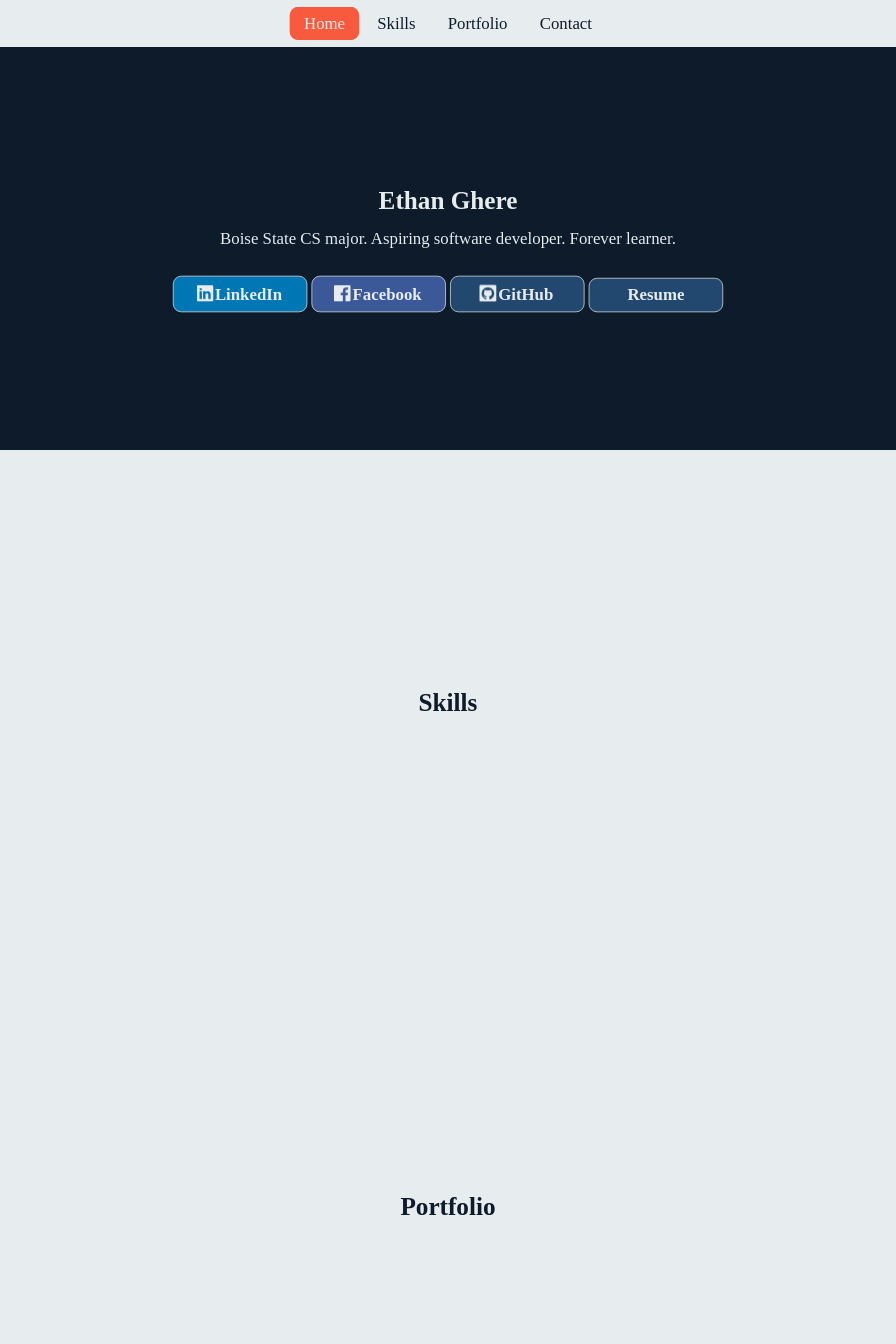
Repository: eghere-bsu/ethanghere-website
Page: http://localhost/php/index.php
An editor plug-in stored every save of this project. The page is shown before and after the next save, followed by the edit.
The browser window is 1280 px wide. The pictures show the part of the page from y = 0 to 1920 px (the page is 2875 px tall before and 2929 px after), at 70% of full size.
Some web fonts or font styles are not loaded; a fallback is used. The page is run by PHP 8.4 with error messages shown; the project is at /var/www/html/.

Above is the page before, as saved 2023-11-27 16:15:00.

### php/index.php
<?php
session_start();
ini_set('display_errors', 1);
error_reporting(E_ALL);

if (isset($_GET['action']) && $_GET['action'] === 'logout') {
  unset($_SESSION['auth']);
  unset($_SESSION['username']);
  unset($_SESSION['powerlvl']);
}
$loggedIn = isset($_SESSION['auth']) && $_SESSION['auth'] === true;
$loginText = $loggedIn ? 'Log Out' : 'Log In';
$loginHref = $loggedIn ? 'login_handler.php?action=logout' : '#login';
?>

<!DOCTYPE html>
<html lang="en">

<head>
  <meta charset="UTF-8">
  <title>Ethan Ghere</title>
  <link rel="stylesheet" href="../css/style.css">
  <link rel="icon" type="image/x-icon" href="../favicon.ico">
</head>

<nav>
  <div class="container">
    <ul>
      <li class="home active">
        <a href="#home" class="navlink">Home</a>
      </li>
      <li class="skills">
        <a href="#skills" class="navlink">Skills</a>
      </li>
      <li class="portfolio">
        <a href="#portfolio" class="navlink">Portfolio</a>
      </li>
      <li class="contact">
        <a href="#contact" class="navlink">Contact</a>
      </li>
    </ul>
  </div>
</nav>

<body>
  <!-- Home -->
  <section id="home">
    <h1>Ethan Ghere</h1>
    <p>Boise State CS major. Aspiring software developer. Forever learner.</p>
    <span>
      <a href="https://www.linkedin.com/in/ethan-ghere-08532a23a" class="button linkedin"><img
          src="../svg/icons8-linkedin.svg">LinkedIn</a>
      <a href="https://www.facebook.com/profile.php?id=100085450836702" class="button facebook"><img
          src="../svg/icons8-facebook-24.svg">Facebook</a>
      <a href="https://github.com/eghere-bsu" class="button"><img src="../svg/icons8-github-24.png">GitHub</a>
      <a href="../assets/resume.pdf" class="button">Resume</a>
    </span>
  </section>
  <!-- Skills -->
  <section id="skills">
    <h1>Skills</h1>
  </section>
  <!-- Portfolio -->
  <section id="portfolio">
    <h1>Portfolio</h1>
  </section>
  <!-- Contact -->
  <section id="contact">
    <h1>Contact</h1>
  </section>
  <!-- Footer -->
  <section id="footer">
    <span>
      <p>Ethan Ghere 2023.
        <?php
        if (isset($_SESSION['auth']) && $_SESSION['auth'] === true) {
          if (isset($_SESSION['username'])) {
            echo 'Logged in as ' . $_SESSION['username'];
          } else {
            echo 'Username not found.';
          }
        } else {
          echo 'Not logged in.';
        }
        ?>
        <a href="<?php echo $loginHref ?>" class="button login-modal">
          <?php echo $loginText ?>
        </a>
      </p>
    </span>
  </section>
  <div class="modal" id="login-signup-modal">
    <div class="modal-content">
      <button class="modal-close" onclick="closeModal()">X</button>
      <span class="container">
        <ul>
          <li class="login">
            <a href="#login" class="navlink">Log In</a>
          </li>
          <li class="signup">
            <a href="#signup" class="navlink">Sign Up</a>
          </li>
        </ul>
      </span>
      <span>
        <?php
        if (isset($_SESSION['message'])) {
          echo htmlspecialchars($_SESSION['message'], ENT_QUOTES, 'UTF-8');
          unset($_SESSION['message']);
        }
        ?>
      </span>
      <form method="post" action="login_handler.php" id="login-form">
        <input placeholder="Username: " type="username" id="username" name="username" required>
        <input placeholder="Password: " type="password" id="password" name="password" required>
        <button type="submit" class="button">Log In</button>
      </form>
      <form method="post" action="signup_handler.php" id="signup-form">
        <input placeholder="Username: " type="username" id="username" name="username" required>
        <input placeholder="Password: " type="password" id="password" name="password" required>
        <input placeholder="Confirm password: " type="password" id="pwconfirm" name="pwconfirm" required>
        <button type="submit" class="button">Sign Up</button>
      </form>
      <div class="modal-body"></div>
    </div>
  </div>
  <script src="https://code.jquery.com/jquery-3.7.1.min.js"></script>
  <script src="../js/login.js"></script>
  <script src="../js/scroll.js"></script>
</body>

### css/style.css
@import url("https://fonts.googleapis.com/css2?family=Roboto+Mono&display=swap");

* {
  padding: 0;
  margin: 0;
  box-sizing: border-box;
}

html {
  font-family: "Roboto Mono";
  font-size: 24px;
  scroll-behavior: smooth;
}

section {
  height: 100vh;
  width: 100%;
  color: #0d1b2a;
  background-color: #e7ecef;
  display: flex;
  flex-direction: column;
  align-items: center;
  justify-content: center;
}

section#home {
  height: 80vh;
  color: #e7ecef;
  background-color: #0d1b2a;
  padding: 30px;

  *:not(:first-child) {
    margin-top: 20px;
  }
}

/* TODO
section#skills {}
*/

/* TODO
section#portfolio {} */

section#footer {
  height: 10vh;
  background-color: #0d1b2a;
  color: #e7ecef;
  font-size: 18px;
}

.button {
  display: inline-block;
  padding: 10px 20px;
  width: 8em;
  text-align: center;
  text-decoration: none;
  font-weight: bold;
  border-radius: 12px;
  border: 1px solid #e7ecef;
  color: #e7ecef;
  background-color: #23486f;
  transition: 0.3s ease background-color;

  img {
    position: relative;
    top: 0.1em;
    right: 0.1em;
  }

  &:hover {
    background-color: #f85a3e;
  }

  &:hover:after {
    transition: 0.3s ease background-color;
  }
}

.button.small {
  font-size: 0.8em;
}

.linkedin {
  background-color: #0077b5;
}

.facebook {
  background-color: #3b5998;
}

/* Navigation */
nav {
  position: sticky;
  top: 0;
  background-color: #e7ecef;
}

.container {
  width: 90%;
  max-width: 1000px;
  min-width: 200px;
  margin: 0 auto;
  text-align: center;
  padding: 10px;

  ul {
    display: inline-block;

    li {
      display: inline-block;

      a {
        display: inline-block;
        text-decoration: none;
        padding: 10px 20px;
        color: #0d1b2a;
        border-radius: 12px;
        transition: 0.3s ease background-color;

        &:hover {
          background-color: rgba(0, 0, 0, 0.25);
        }
      }
    }

    li.active {
      background-color: #f85a3e;
      transition: 0.3s ease background-color;
      border-radius: 12px;

      a {
        color: rgb(231, 236, 239);
      }

      .navlink {
        background-color: #f85a3e;
        transition: 0.3s ease background-color;
        border-radius: 12px;
      }
    }
  }
}


/* Modal */
.modal {
  display: none; /* Hide the modal by default */
  position: fixed;
  top: 0;
  left: 0;
  width: 100%;
  height: 100%;
  background-color: rgba(0, 0, 0, 0.4);
}

.modal-content {
  position: fixed;
  top: 50%;
  left: 50%;
  transform: translate(-50%, -50%);
  width: 40%;
  background-color: #e7ecef;
  color: #0d1b2a;
  padding: 20px;

  form {
    display: flex;
    flex-direction: column;
    align-items: center;
    width: 100%;
  }

  form label {
    margin-bottom: 10px;
  }

  form input {
    width: 100%;
    padding: 10px;
    border: 1px solid #ccc;
    border-radius: 4px;
  }

  form button {
    padding: 10px 20px;
    background-color: #23486f;
    border: none;
    border-radius: 4px;
    cursor: pointer;
    text-decoration: none;
  }

  & > .modal-close {
    position: absolute;
    top: 10px;
    right: 10px;
    width: 2em;
    height: 2em;
    border: none;
    cursor: pointer;
    background-color: #23486f;
    color: #e7ecef;
  }

  & > .container {
    display: flex;
    justify-content: center;

    & > a {
      color: #0d1b2a;
    }
  }
}

.modal-body {
  display: flex;
  flex-direction: column;
  justify-content: center;
}

.form-container {
  max-width: 400px;
  width: 100%;
  margin: 0 auto;
  position: relative;
}

### svg/icons8-linkedin.svg
<svg xmlns="http://www.w3.org/2000/svg" xmlns:xlink="http://www.w3.org/1999/xlink" viewBox="0,0,256,256" width="24px" height="24px"><g transform="translate(-24.32,-24.32) scale(1.19,1.19)"><g fill="#e7ecef" fill-rule="nonzero" stroke="none" stroke-width="1" stroke-linecap="butt" stroke-linejoin="miter" stroke-miterlimit="10" stroke-dasharray="" stroke-dashoffset="0" font-family="none" font-weight="none" font-size="none" text-anchor="none" style="mix-blend-mode: normal"><g transform="scale(5.12,5.12)"><path d="M41,4h-32c-2.76,0 -5,2.24 -5,5v32c0,2.76 2.24,5 5,5h32c2.76,0 5,-2.24 5,-5v-32c0,-2.76 -2.24,-5 -5,-5zM17,20v19h-6v-19zM11,14.47c0,-1.4 1.2,-2.47 3,-2.47c1.8,0 2.93,1.07 3,2.47c0,1.4 -1.12,2.53 -3,2.53c-1.8,0 -3,-1.13 -3,-2.53zM39,39h-6c0,0 0,-9.26 0,-10c0,-2 -1,-4 -3.5,-4.04h-0.08c-2.42,0 -3.42,2.06 -3.42,4.04c0,0.91 0,10 0,10h-6v-19h6v2.56c0,0 1.93,-2.56 5.81,-2.56c3.97,0 7.19,2.73 7.19,8.26z"></path></g></g></g></svg>

### svg/icons8-facebook-24.svg
<svg xmlns="http://www.w3.org/2000/svg" xmlns:xlink="http://www.w3.org/1999/xlink" viewBox="0,0,256,256" width="24px" height="24px"><g transform="translate(-43.52,-43.52) scale(1.34,1.34)"><g fill-opacity="0" fill="#d72020" fill-rule="nonzero" stroke="none" stroke-width="1" stroke-linecap="butt" stroke-linejoin="miter" stroke-miterlimit="10" stroke-dasharray="" stroke-dashoffset="0" font-family="none" font-weight="none" font-size="none" text-anchor="none" style="mix-blend-mode: normal"><path d="M32.47761,223.52239v-191.04478h191.04478v191.04478z" id="bgRectangle"></path></g><g fill="#e7ecef" fill-rule="nonzero" stroke="none" stroke-width="1" stroke-linecap="butt" stroke-linejoin="miter" stroke-miterlimit="10" stroke-dasharray="" stroke-dashoffset="0" font-family="none" font-weight="none" font-size="none" text-anchor="none" style="mix-blend-mode: normal"><g transform="scale(10.66667,10.66667)"><path d="M19,3h-14c-1.105,0 -2,0.895 -2,2v14c0,1.105 0.895,2 2,2h7.621v-6.961h-2.343v-2.725h2.343v-2.005c0,-2.324 1.421,-3.591 3.495,-3.591c0.699,-0.002 1.397,0.034 2.092,0.105v2.43h-1.428c-1.13,0 -1.35,0.534 -1.35,1.322v1.735h2.7l-0.351,2.725h-2.365v6.965h3.586c1.105,0 2,-0.895 2,-2v-14c0,-1.105 -0.895,-2 -2,-2z"></path></g></g></g></svg>

### js/login.js
$(document).ready(function () {
   // Open login-signup modal
   $('.login-modal').click(function () {
      $('#login-signup-modal').show();
      $('#login-form').show();
      $('#signup-form').hide();
      $('.signup').removeClass('active');
      $('.login').addClass('active');
   });

   // Login button
   $('.login').click(function () {
      $('#login-form').show();
      $('#signup-form').hide();
      $('.signup').removeClass('active');
      $('.login').addClass('active');
   });

   // Show the signup form when the signup button is clicked
   $('.signup').click(function () {
      $('#signup-form').show();
      $('#login-form').hide();
      $('.login').removeClass('active');
      $('.signup').addClass('active');
   });

   // Close modal
   $('.modal-close').click(function () {
      $('#login-signup-modal').hide();
   });

   // Handle modal opening from a redirect
   if (window.location.href.indexOf('#login') !== -1 || window.location.href.indexOf('#signup') !== -1) {
      $('#login-signup-modal').show();

      if (window.location.href.indexOf('#login') !== -1) {
         $('#login-form').show();
         $('#signup-form').hide();
         $('.login').addClass('active');
         $('.signup').removeClass('active');
      } else {
         $('#signup-form').show();
         $('#login-form').hide();
         $('.signup').addClass('active');
         $('.login').removeClass('active');
      }
   }

   $('#login-button').click(function() {
      if ($('#login-button').text() === 'Log In') {
        // User is logging in, redirect to login page
        window.location.href = 'login.php';
      } else {
        // User is logging out, redirect to logout page
        window.location.href = 'logout.php';
      }
    });
});

### js/scroll.js
const sections = document.querySelectorAll("section");
const navLi = document.querySelectorAll("nav .container ul li");
window.addEventListener("scroll", () => {
  let current = "";
  sections.forEach((section) => {
    const sectionTop = section.offsetTop;
    const sectionHeight = section.clientHeight;
    if (pageYOffset >= sectionTop - sectionHeight / 3) {
      current = section.getAttribute("id");
    }
  });

  navLi.forEach((li) => {
    li.classList.remove("active");
    if (li.classList.contains(current)) {
      li.classList.add("active");
    }
  });
});

After the next save:
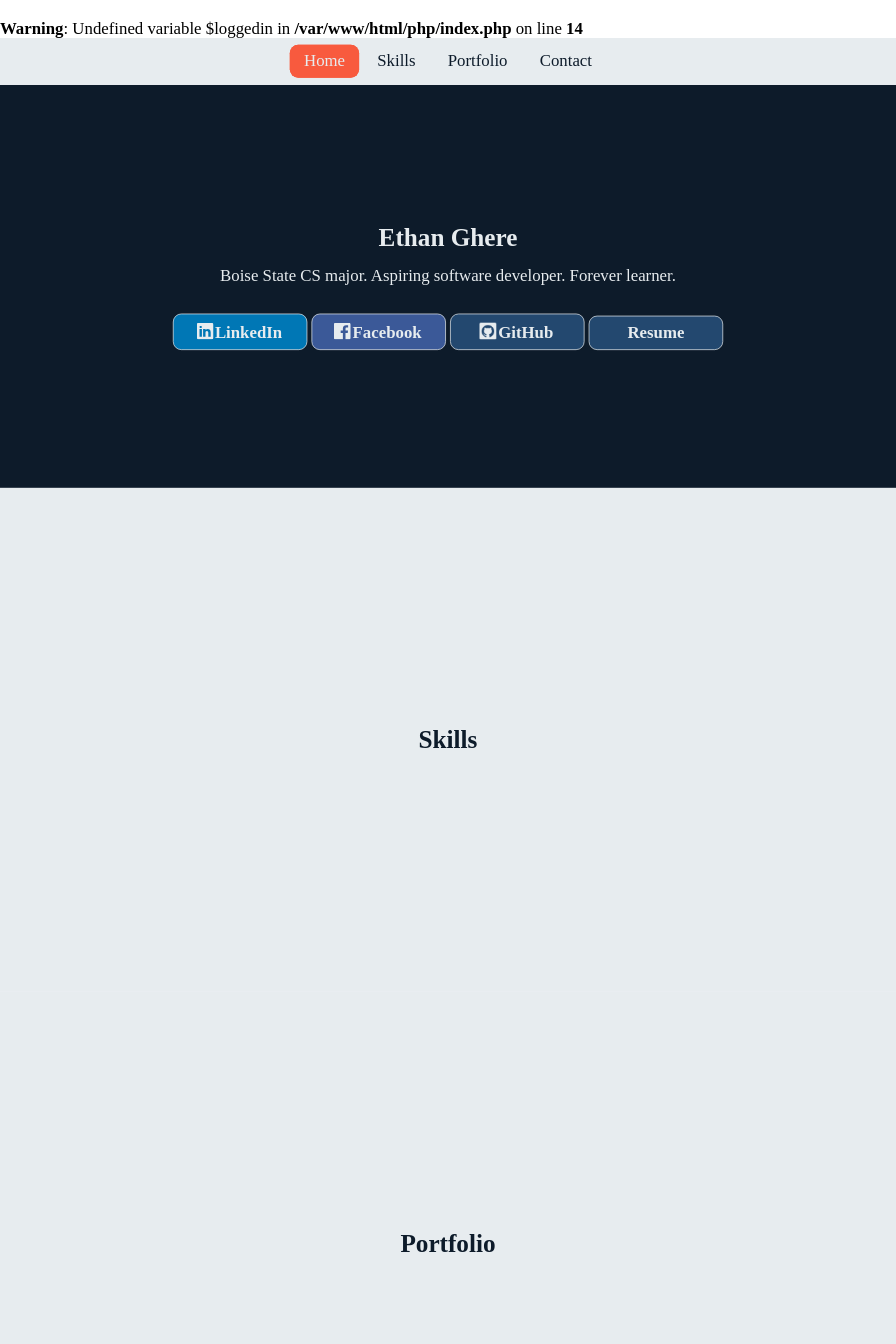
Saved 74 s later.
--- a/php/index.php
+++ b/php/index.php
@@ -11,6 +11,7 @@
 $loggedIn = isset($_SESSION['auth']) && $_SESSION['auth'] === true;
 $loginText = $loggedIn ? 'Log Out' : 'Log In';
 $loginHref = $loggedIn ? 'login_handler.php?action=logout' : '#login';
+$loginClass = $loggedin ? 'button' : 'button login-modal';
 ?>
 
 <!DOCTYPE html>
